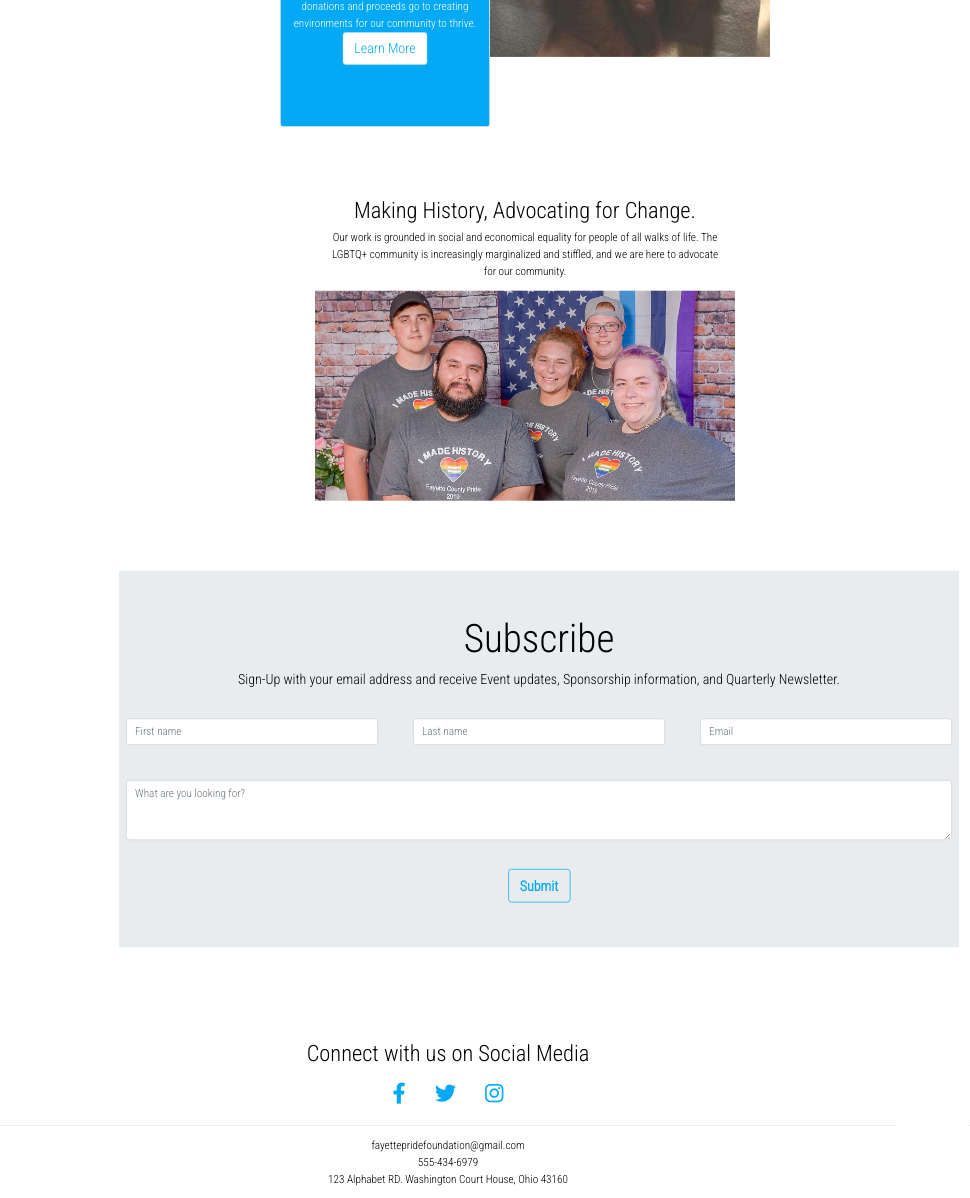
Repository: Code-Institute-Submissions/https-github.com-callendera-Milestone-Project-2
Page: index.html
The author's editor kept a record of every edit. The page is drawn from the files as they stood at one moment, then again after the next edit.
The browser window is 1280 px wide. The page is 1385 px wide, so the pictures cover 1385 px, including what lies to the right of the window. The pictures show the part of the page from y = 2176 to 3936 px (the page is 3888 px tall before and 3936 px after), at 70% of full size.
Backgrounds fixed to the window are drawn as part of the page. Some web libraries are served in a nearby version.

Above is the page before.

After the next edit:
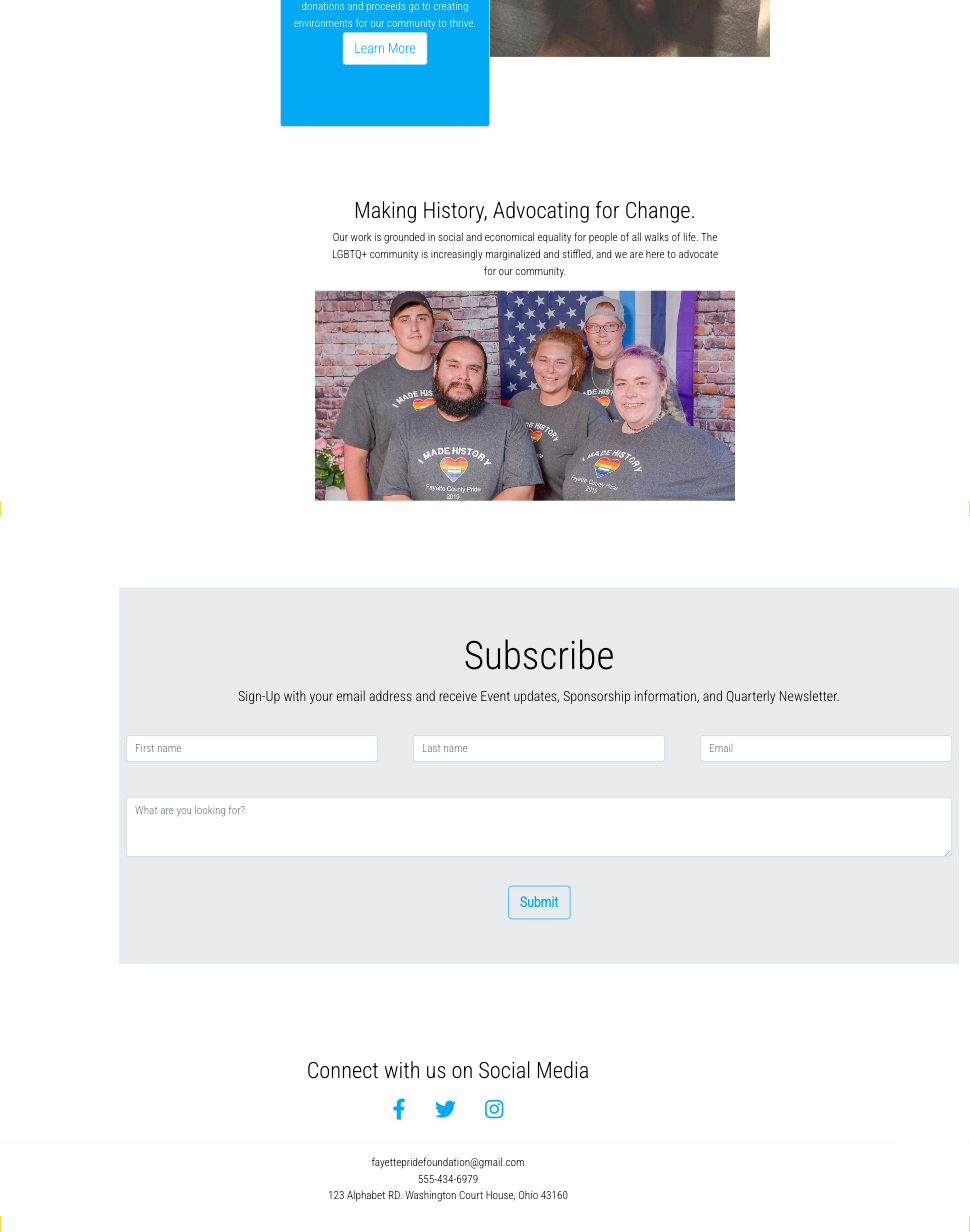
The edit:
--- a/index.html
+++ b/index.html
@@ -124,6 +124,7 @@
 
         </div>
     </div>
+    <span class="border border-warning">
     <div class="jumbotron jumbotron-fluid my-jumbotron text-center">
         <div class="container">
             <h1 class="display-4">Subscribe</h1>
